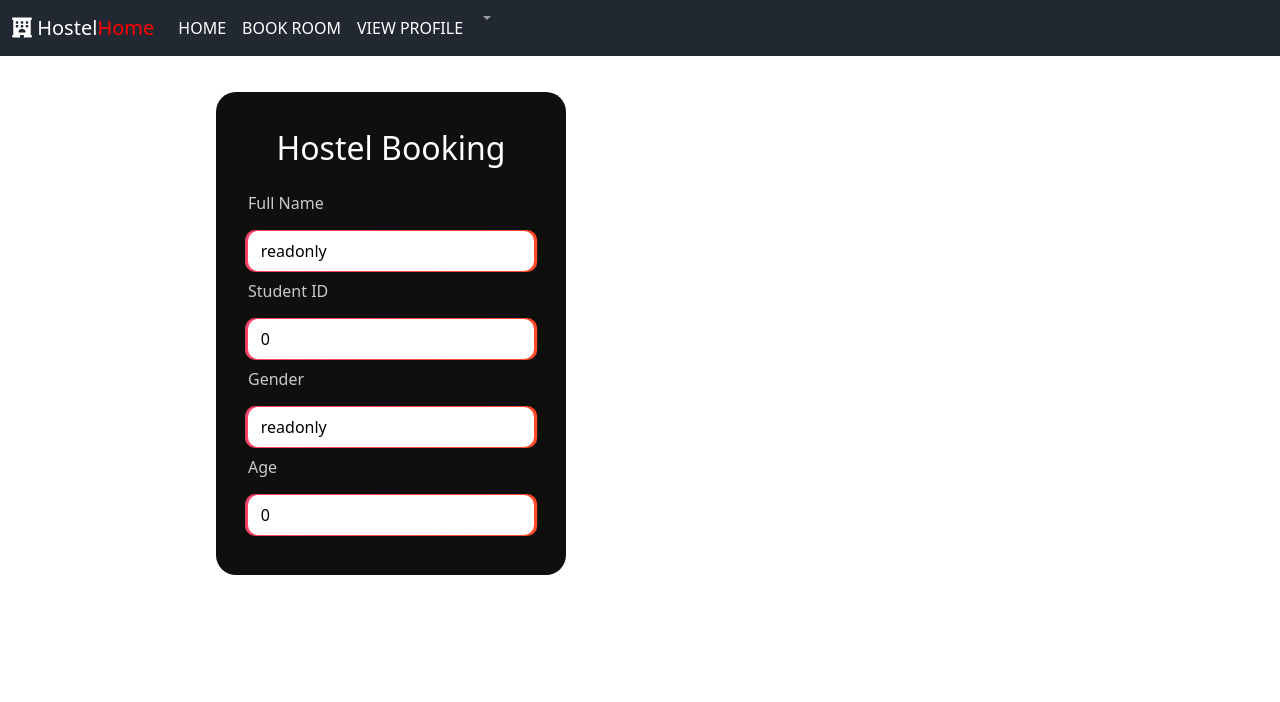
Repository: SparshGarg1/Hostel_Managment_System
Page: http://localhost/Hostel/studentviewappoinment.jsp
The author's editor kept a copy of each file at every save. The page is drawn from the files as they stood at one save, then again after a run of saves.
The browser window is 1280 px wide. The pictures show the whole page.
Some web libraries are served in a nearby version. The page is served by Tomcat 9. Queries for data that is not in the repository find no rows.

Above is the page before, as saved 2023-06-18 07:19:12.

After the next 2 saves:
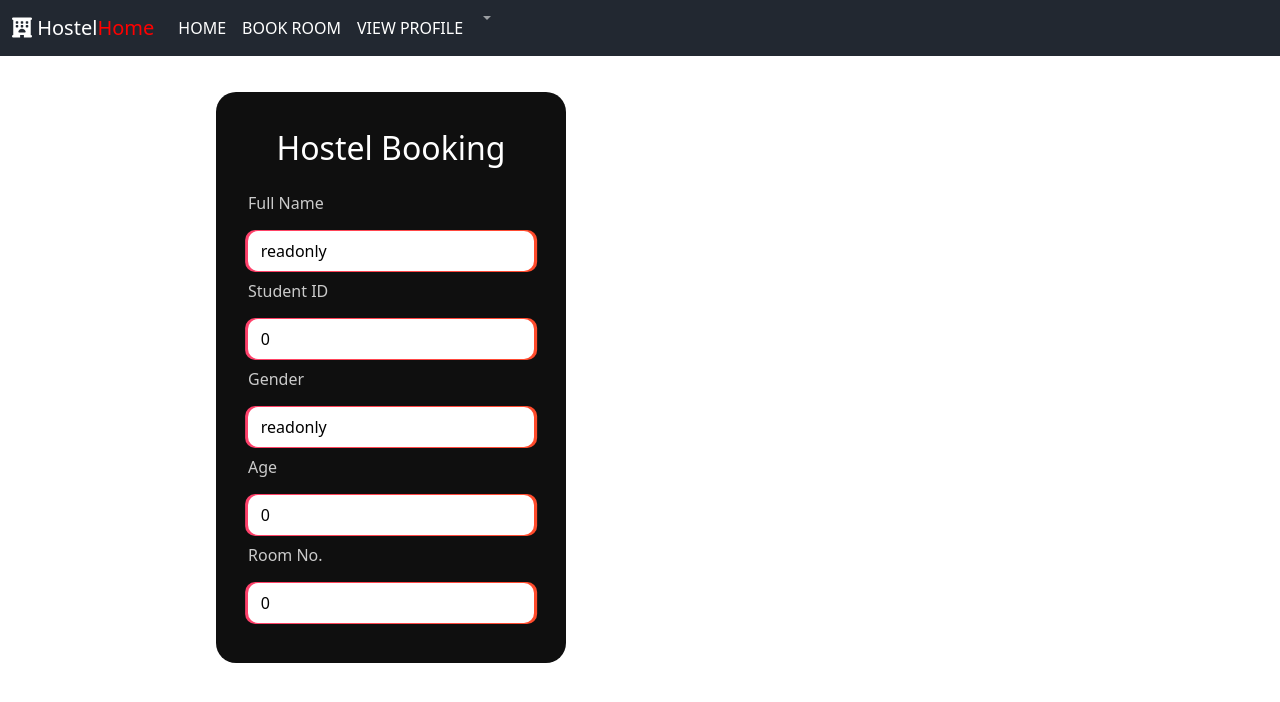
The 2 saves are shown as one change because they came seconds apart.
The last was saved 42 s later.
--- a/Hostel/WebContent/studentviewappoinment.jsp
+++ b/Hostel/WebContent/studentviewappoinment.jsp
@@ -202,6 +202,12 @@
                 <input value=<%=age%> readonly>
             </div>
         </div>
+        <div class="bo">
+            <p>Room No.</p>
+            <div>
+                <input value=<%=room%> readonly>
+            </div>
+        </div>
 
 
         </form>
